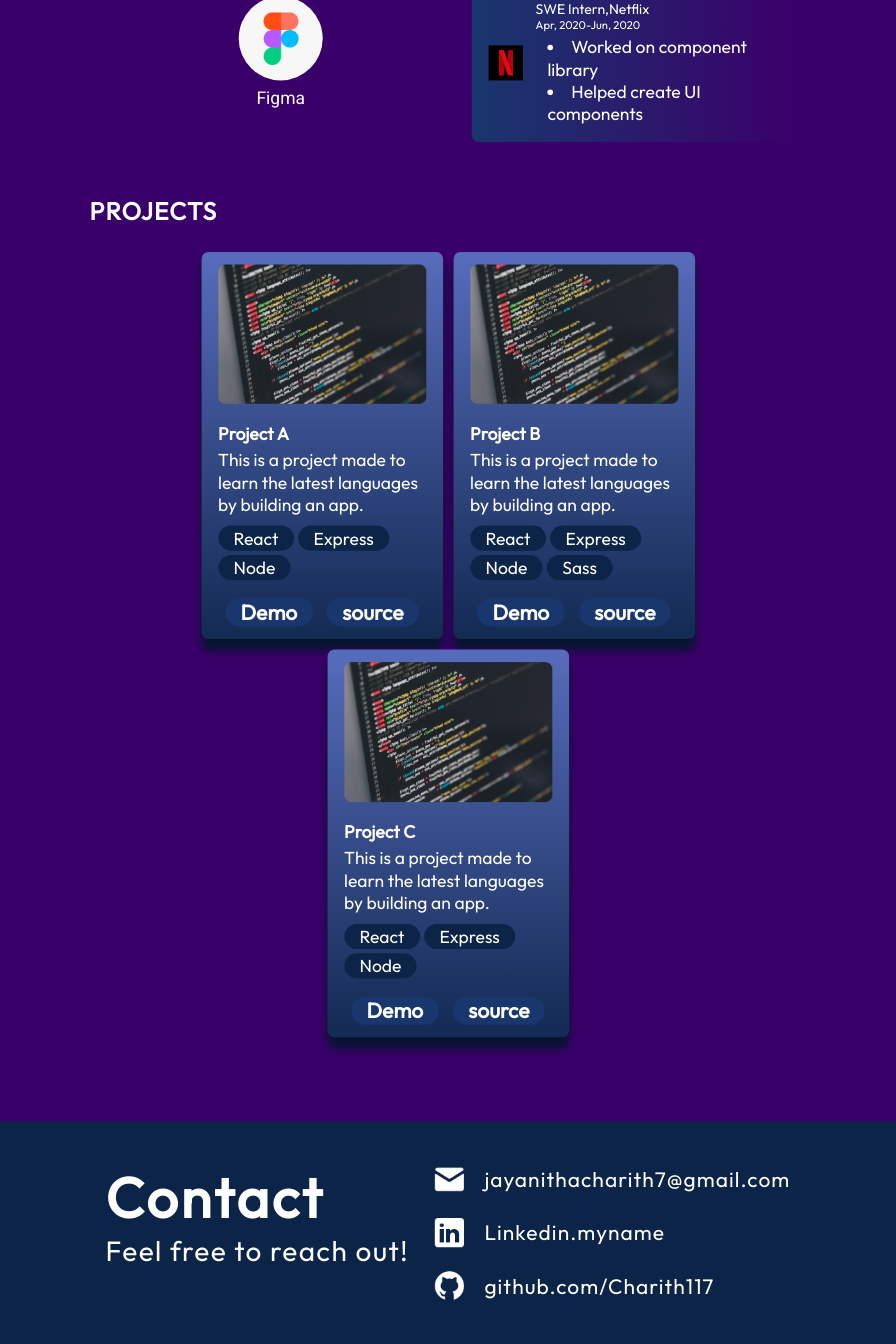
Repository: Charith117/personl-portfolio
Page: /
The author's editor kept a copy of each file at every save. The page is drawn from the files as they stood at one save, then again after the next save.
The browser window is 1280 px wide. The pictures show the part of the page from y = 2137 to 4057 px (the page is 4057 px tall), at 70% of full size.
The project was rebuilt for these pictures with package versions that can differ from the ones it lists, and the page was loaded fresh each time. Also part of the build but not shown: vite.config.js.

Above is the page before, as saved 2024-06-18 11:48:37.

### index.html
<!doctype html>
<html lang="en">
  <head>
    <meta charset="UTF-8" />
    <link rel="icon" type="image/svg+xml" href="/vite.svg" />
    <meta name="viewport" content="width=device-width, initial-scale=1.0" />
    <title>My portfolio</title>
  </head>
  <body>
    <div id="root"></div>
    <script type="module" src="/src/main.jsx"></script>
  </body>
</html>

### src/main.jsx
import React from 'react'
import ReactDOM from 'react-dom/client'
import App from './App.jsx'
import './index.css'
import "@fontsource/outfit"
import "@fontsource/roboto"
ReactDOM.createRoot(document.getElementById('root')).render(
  <React.StrictMode>
    <App />
  </React.StrictMode>,
)

### src/App.jsx
import styles from "./App.module.css"
import About from "./components/About/About"
import { Contacts } from "./components/Contact/Contacts"
import Experience from "./components/Experience/Experience"
import Hero from "./components/Hero/Hero"
import Navbar from "./components/Navbar/Navbar"
import { Projects } from "./components/Projects/Projects"




function App() {


  return (
    <>
      <div className={styles.App}>
        <Navbar />
        <Hero/>
        <About/>
        <Experience/>
        <Projects/>
       <Contacts/>
      </div>
    </>
  )
}

export default App

### src/index.css
*{
  box-sizing: border-box;
  margin: 0;
  padding: 0;
  font-family: "outfit",Arial,Helvetica,sans-serif;
}
html{
  scroll-behavior: smooth;
}

### src/App.module.css
@import "./var.css";

.App{
    background-color:var(--color-bg);
    width: 100%;
    height: 100%;
    overflow: hidden;

}

### src/components/About/About.jsx
import React from 'react'
import styles from "./About.module.css"
import {getImageUrl} from "../../util";

const About = () => {
  return (
    <section className={styles.container}id='about'>
        <h2 className={styles.title}>about</h2>
        <div className={styles.content}>
            <img className={styles.aboutImage} src={getImageUrl("about/aboutImage.png")} alt="mMe sitting with the laptop" />
            <ul className={styles.aboutItems}>
                <li className={styles.aboutItem}>
                    <img src={getImageUrl("about/cursorIcon.png")} alt="cursor icon" />
                    <div className={styles.aboutItemText}>
                        <h3>Frontend Developer</h3>
                        <p>I'm a frontend developer with a passion for building responsive, scalable, and maintainable</p>
                    </div>
                </li>

                <li className={styles.aboutItem} >
                    <img src={getImageUrl("about/serverIcon.png")} alt="cursor icon" />
                    <div className={styles.aboutItemText}>
                        <h3>Backend Developer</h3>
                        <p>I'm a backend developer with a passion for building scalable, secure, and efficient</p>

                    </div>
                </li>

                <li className={styles.aboutItem}>
                    <img src={getImageUrl("about/uiIcon.png")} alt="cursor icon" />
                    <div className={styles.aboutItemText}>
                        <h3>UI/UX Designer</h3>
                        <p>I'm a UI/UX designer with a passion for building intuitive, user-friendly,</p>
                    </div>
                </li>
            </ul>
        </div>
    </section>
  )
}

export default About

### src/components/Contact/Contacts.jsx
import React from 'react'
import {getImageUrl} from "../../util"
import styles from "./Contact.module.css"
export const Contacts = () => {
  return (
    <footer className={styles.container}>
    <div className={styles.text}>
        <h2>Contact</h2>
        <p>Feel free to reach out!</p>
    </div>
    <ul className={styles.links}>
        <li className={styles.link}>
            <img src={getImageUrl("contact/emailIcon.png")} alt="emial icon" />
            <a href="mailto:jayanithacharith7@gmail.com">jayanithacharith7@gmail.com</a>
        </li>
        <li className={styles.link}>
            <img src={getImageUrl("contact/linkedinIcon.png")} alt="linked icon" />
            <a href="https://www.linkedin.com/myname">Linkedin.myname</a>
        </li>
        <li className={styles.link}>
            <img src={getImageUrl("contact/githubIcon.png")} alt="emial icon" />
            <a href="https://github.com/Charith117">github.com/Charith117</a>
        </li>
    </ul>
</footer>
  )
}

### src/components/Experience/Experience.jsx
import React from 'react'
import skills from "../../data/skills.json"
import history from "../../data/history.json"
import styles from "./Experience.module.css"
import { getImageUrl } from '../../util'
const Experience = () => {
  return (

    <section className={styles.container} id='experience'>
        <h2 className={styles.title}>Experience</h2>
        <div className={styles.content}>
            <div className={styles.skills}>
              { skills.map((skill, id)=>{
                    return (
                    <div key={id} className={styles.skill}>
                                <div className={styles.skillImageContainer}><img src={getImageUrl(skill.imageSrc)} alt={skill.title} />

                                </div>
                                <p>{skill.title}</p>
                         </div>

                         );
               })}
            </div>
            <ul className={styles.history}>
                {
                    history.map((historyItem,id)=>{
                        return <li key={id} className={styles.historyItem}>
                                <img src={getImageUrl(historyItem.imageSrc)}
                                alt={`${historyItem.organisation}Logo`} />

                                <div className={styles.historyItemDetails}>
                                    <h3>{`${historyItem.role},${historyItem.organisation}`}</h3>
                                    <p>{`${historyItem.startDate}-${historyItem.endDate}`}</p>
                                    <ul>
                                        {historyItem.experiences.map((experience,id)=>{
                                            return <li key={id}>{experience}</li>
                                        })}
                                    </ul>
                                </div>
                        </li>
                    })
                }
            </ul>
        </div>
    </section>
  )
}

export default Experience

### src/components/Hero/Hero.jsx
import React from 'react'
import styles from "./Hero.module.css";
import {getImageUrl} from"../../util";

const Hero = () => {
  return (
    <section className={styles.container}>
    <div className={styles.content}>
        <h1 className={styles.title}>Hi im Charith</h1>
        <p className={styles.description}>
            Im Full satck developer but im still lerning things so if you need im here
        </p>


     <div class="buttonContainer">
         <a href="mailto:jayanithacharith7@gmail.com" class={styles.contactBtn}>Contact me</a>
          <a href="path/to/your/CV.pdf" download class={styles.downloadBtn}>Download CV</a>
    </div>

    </div>
    <img className={styles.heroImg} src={getImageUrl("hero/heroImage.png")} alt="Her" />
    <div className={styles.topBlur}></div>
    <div className={styles.bottomBlur}></div>
  </section>
  );

};

export default Hero

### src/components/Navbar/Navbar.jsx
import React,{useState} from 'react';
import styles from "./Navbar.module.css";

import{getImageUrl} from "../../util";

const Navbar = () => {

const[menuOpen,setMenuOpen]=useState(false);



  return <nav className={styles.navbar}>
    <a className={styles.title} href="/">Portfolio</a>

    <div className={styles.menu}>
        <img className={styles.menuBtn}
        src={
          menuOpen
          ? getImageUrl("nav/closeIcon.png")
          : getImageUrl("nav/menuIcon.png")
          }
          onClick={()=>setMenuOpen(!menuOpen)}

          />
        <ul
        className={`${styles.menuitems} ${menuOpen && styles.menuOpen}`}
          onclick={()=>setMenuOpen(false)}
        >
                 <li>
                      <a href="#about">About</a>
                </li>
                 <li>
                      <a href="#experience">Experience</a>
                </li>
                <li>
                      <a href="#projects">Projects</a>
                </li>
                 <li>
                     <a href="#about">About</a>
                </li>
        </ul>
    </div>
  </nav>
}

export default Navbar

### src/components/Projects/Projects.jsx
import React from 'react'
import styles from "./Projects.module.css"
import Project from "../../data/project.json"
import {ProjectCard} from "./ProjectCard"


export const Projects = () => {
  return (
    <section className={styles.container} id='projects'>
        <h2 className={styles.title}>Projects</h2>
        <div className={styles.projects}>
          {Project.map((project,id)=>{
            return <ProjectCard key={id} project={project}/>;
          })}
        </div>
    </section>
  )
}

### src/var.css
:root{
    /* colors */
    --color-text:#fff;
    --color-primary:#19376d;
    --color-secondary:#f7f7f7;
    --color-dark:#0b2447;
    --color-bg:#3a006a;


    /* fonts */
    --font-roboto:"Roboto";

}

### src/components/About/About.module.css
@import "../../var.css";


.container{
    position:relative;
    background-color: rgba(12, 12, 12,0.6);
    border-radius: 15px;
    padding: 73px;
    margin-top: 129px;
    z-index: 1;
    margin-left: 10%;
    margin-right: 10%;
}

.title{
    color: var(--color-text);
    font-size: 35px;
    font-weight: 700;
    letter-spacing: 1.75px;
    text-transform: uppercase;
}

.content{
    display: flex;
    flex-direction: row;
    align-items: center;
}
.aboutImage{
    width: 25%;
}

.aboutItems{
    color:var(--color-text);
    display: flex;
    flex-direction:  column;
    gap: 50px;

}

.aboutItem{
    display:flex;
    flex-direction: row;
    align-items: center;
    border-radius:20px;
    list-style: none;
    padding: 25px;
    background-image: linear-gradient(90deg,
    rgba(165,215,232,0.42)0%,
    rgba(225,225,225,0)100%

    );

    background-size: 0 100%;
    background-repeat: no-repeat;
    transition:0.4s;

}

.aboutItem:hover{
background-size:100% 100%;

}

.about{
    font-size: 25px;
    font-weight: 600;
}

.aboutItem p{
    font-size: 25px;

}

@media screen and (max-width :830px){
  .container{
    background-color:transparent;
    padding-left: 0;
    padding-right: 0;

  }

  .content{
    font-display: column;

  }
  .aboutImage{
    display: none;
  }
  .aboutItems{
    margin-top: 29px;
  }
  .aboutItem{
    padding-left: 0;
  }

}

### src/util.js
export const getImageUrl=(path)=>{
    return new URL(`/assets/${path}`,import.meta.url).href;
}

### src/components/Contact/Contact.module.css
@import "../../var.css";


.container{
    color: var(--color-text);
    margin-top: 120px;
    background-color: var(--color-dark);
    display: flex;
    flex-direction: row;
    justify-content: space-evenly;
    width: 100vw;
    padding: 58px 10%;
    gap: 10px;


}

.text h2{
    font-size: 80px;
    font-weight: 700;
    letter-spacing: 4px;
}

.text p{
    font-size: 40px;
    font-weight: 400;
    letter-spacing: 2px;
}


.links{
    display: flex;
    flex-direction: column;
    align-items: flex-start;
    list-style: none;
    gap: 26px;
}
.link{
    display: flex;
    align-items: center;
    gap: 25px;
}
.link a{
    color:var(--color-text);
    text-decoration: none ;
    font-size: 30px;
    font-weight: 400;
    letter-spacing: 1.5px;
}

/* @media screen and(max-width:830px){
    .container{
            flex-direction: column;
            gap: 23px;

        }

    .text{
        display: flex;
        flex-direction: column;
        align-items: center;
        font-size: 30px;

    }

    .links{
        align-items: center;
    }



    } */

### src/components/Experience/Experience.module.css
@import "../../var.css";


.container{
    color:var(--color-text);
    margin-top: 79px;
    margin-left: 10%;
    margin-right: 10%;
}

.title{
    color:var(--color-text);
    font-size: 35px;
    font-weight: 700;
    letter-spacing: 1.75px;
    text-transform: uppercase;
}

.content{
    display: flex;
    flex-direction:row ;
    justify-content: space-evenly;
    margin-top: 14px;
}
.skills{
    width: 50%;
    display: flex;
    flex-wrap:wrap;
    gap:37px;
    justify-content: center;


}

.skill{
     display: flex;
     flex-direction: column;
     align-items: center;
     gap: 11px;
}

.skillImageContainer{
    background-color:var(--color-secondary) ;
    border-radius: 100%;
    display: flex;
    align-items: center;
    justify-content: center;
    width: 120px;
    height: 120px;
}

.skillImageContainer img{

width: 75px;

}
.skill p{
    font-size: 25px;
    font-family:var(--font-roboto);
    font-weight: 500;
}

.history{
    width: 45%;
    display: flex;
    flex-direction: column;
    gap: 40px;
}

.historyItem{
    display:flex;
    flex-direction: row;
    align-items:center;
    gap:17px;
    background: #19376d;
    background: linear-gradient(90deg,#19376d 0%,rgba(25,55,100,0)100%);
    border-radius: 10px;
    padding: 24px;
}
.history img{
    width: 50px;

}

.historyItemDetails{
    font-family:var(--font-roboto);
}
.historyItemDetails h3{
    font-size: 30px;
    font-weight: 500;
}
.historyItemDetails h3{
    font-size: 20px;
    font-weight: 300;
}
.historyItemDetails ul{
    margin-top: 6px;
    list-style-position: inside;
    font-size: 25px;
    list-style-type: disc;
    margin-left: 17px;

}

@media screen and (max-width:830px){

    .content{

     flex-direction:column;
     align-items:center;
     gap: 34px;
    }


    .skills{
        width: 100px;
        flex-direction: row;
        justify-content: center;


    }
    .history{
        width: 100%;
        gap: 9px;

    }
    .title{
        text-align: center;
    }
}

### src/components/Hero/Hero.module.css
@import "../../var.css";

.container{

    position: relative;
    display: flex;
    align-items: center;
    justify-content: space-between;
    margin-top:49px;
    z-index: 1;
    margin-left: 10%;
    margin-right: 10%;


}

.content{
    display: flex;
    flex-direction: column;
    align-items:flex-start;
    color:var(--color-text);
    z-index: 1;
}
.title{
    font-size: 72px;
    font-weight: 900;
    margin-bottom: 33px;
    font-family: var(--font-roboto);
    background :linear-gradient(90deg,rgba(255,255,255,1)70%,
    rgba(255,255,255,0)120%);

}
.description{
    font-size: 25px;
    font-family: var(--font-roboto);
    margin-bottom: 20px;

}
.contactBtn, .downloadBtn {
    text-decoration: none;
    background-color: var(--color-primary);
    color: var(--color-text);
    border-radius: 100px;
    font-size: 25px;
    font-weight: 600;
    padding: 15px 22px;
    box-shadow: 0 0 4px 0 rgba(0, 0, 0, 0.25);
    display: inline-block; /* Ensure it behaves like a button */
    margin: 0 10px;

}

.downloadBtn:hover{
    color:rgb(53, 52, 53);
    background-color:blanchedalmond;
}
.contactBtn:hover{
    color:rgb(53, 52, 53);
    background-color:blanchedalmond;
}



.buttonContainer{
    display: flex;

    align-items: center;
}
.heroImg{
    width: 50%;
    z-index: 1;


    animation: floating 3s ease-in-out infinite;
}

@keyframes floating{
    0%{
        transform: translate(0,0px);
    }
    50%{
        transform: translate(0,10px);
    }

    100%{
        transform: translate(0,-0px);
    }


}
.topBlur{
    position: absolute;
    width: 50vw;
    height: 50vw;
    min-width: 350px;
    min-height: 350px;
    top: -120px;
    left: 25vw;
    background-repeat: 500px;
    background:rgba(25, 55, 109, 0.7);
    filter:blur(100px);
    z-index: 0;

}
/* .bottomBlur{
    position: absolute;
    width: 70vw;
    height: 50vw;
    min-width: 350px;
    min-height: 250px;
    top: 264px;
    left: -25vw;
    background-repeat: 764px;
    background:rgba(25, 55, 109, 0.7);
    filter:blur(100px);
    z-index: 0;
    overflow: hidden;

} */

@media screen and (max-width:830px) {
    .container{
        flex-direction:column-reverse;
    }
    .content{
        align-items:center;
    }
    .title{
        font-size: 50px;
        font-weight: 900;
        margin-bottom: 33px;
        font-family: var(--font-roboto);
        background :linear-gradient(90deg,rgba(255,255,255,1)70%,
        rgba(255,255,255,0)120%);

        -webkit-text-fill-color:transparent;
        -webkit-background-clip: text ;
    }

    .contactBtn, .downloadBtn {
        text-decoration: none;
        background-color: var(--color-primary);
        color: var(--color-text);
        border-radius: 100px;
        font-size: 18px;
        font-weight: 600;
        padding: 12px 20px;
        box-shadow: 0 0 4px 0 rgba(0, 0, 0, 0.25);
        display: inline-block; /* Ensure it behaves like a button */
        margin: 0 5px;
        margin-top: 5px;
    }
}

### src/components/Navbar/Navbar.module.css
@import "../../var.css";

.navbar{

    position: relative;
    display: flex;
    align-items: center;
    justify-content: space-between;
    padding-top: 61px;
    z-index: 2;
    margin: 0 10%;
}
.title{
    font-size:30px;
    font-weight: 600;
    text-decoration: none;
    color:var(--color-text);

}
.menu{
    display: flex;

}
.menuitems{
    display:flex;
    gap: 47px;
    list-style: none;
}
.menuitems a{
    font-size: 25px;
    text-decoration: none;
    color:var(--color-text);
}
.menuBtn{
    display: none;


}


@media screen and (max-width: 830px){
    .navbar{
        flex-direction: column;
        align-items:flex-start;
    }

    .menu{
        position: absolute;
        right: 0;
        margin-right: 10%;
        flex-direction: column;
        align-items:flex-end;
        gap: 11px;
        z-index: 3;
    }
    .menuBtn{
        display: block;
        cursor: pointer;

    }
    .menuitems{
        display: none;
        flex-direction: column;
        align-items: center;
        gap: 13px;
        border-radius:10px;
        padding: 5px;
        background:rgb(25,55,109);




    }
    .menuOpen{
        display: flex;
        z-index: 1;
    }
}

### src/components/Projects/Projects.module.css
@import "../../var.css";


.container{
    margin-top: 76px;
    color: var(--color-text);
    margin-left: 10%;
    margin-right: 10%;
}
.title{
    font-size: 35px;
    font-weight: 700;
    letter-spacing: 1.75px;
    text-transform: uppercase;
}

.projects{
    margin-top: 37px;
    display: flex;
    flex-direction: row;
    flex-wrap: wrap;
    align-items: center;
    justify-content:center;
    gap: 15px;
    width: 100%;

}

### src/components/Projects/ProjectCard.jsx
import React from 'react'
import styles from "./ProjectCard.module.css"
import {getImageUrl} from "../../util"

export const ProjectCard = ({project:{title,imageSrc,description,demo,source,skills}}) => {
  return (
    <div className={styles.container} id='project'>
          <img
          className={styles.image}
          src={getImageUrl(imageSrc)}
          alt={`image of${title}`}/>

          <h3 className={styles.title}>{title}</h3>
          <p className={styles.description}>{description}</p>

          <ul className={styles.skills}>
            {skills.map((skill,id)=>{
             return <li  key={id} className={styles.skill}>{skill}</li>
            })}
          </ul>

          <div className={styles.links}>
            <a href={demo}className={styles.link}>Demo</a>
            <a href={source}className={styles.link}>source

            </a>
          </div>
  </div>
   );
};

### src/components/Projects/ProjectCard.module.css
@import "../../var.css";


.container{
    display: flex;
    flex-direction: column;
    border-radius:10px;
    background: linear-gradient(180deg,#576cbc 0%,#132a53 100%);
    box-shadow: 0 16px 14px 0 #04152d;
    padding: 18px 24px;
    max-width: 345px;


}
.image{
    margin-bottom: 26px;

}
.title{
    font-size: 25px;
    font-weight: 700;
}

.description{
    margin-top: 6px;
    font-size: 25px;
    font-weight: 400;
}
.skills{
    width: 100%;
    margin-top: 14px;
    display: flex;
    font-display: row;
    flex-wrap: wrap;
    gap: 6px;
    list-style: none;
}

.skill{
    font-size: 25px;
    font-weight: 400;
    border-radius:100px;
    background:var(--color-dark);
    padding: 2px 22px;


}
.links{
    width: 100%;
    margin-top: 26px;
    display: flex;
    justify-content: space-around;

}

.link{
    text-decoration: none;
    color:var(--color-text);
    font-size: 30px;
    font-weight: 600;
    border-radius:100px;
    background:var(--color-primary);
    padding: 1px 22px;

}

Loaded but not shown: src/data/skills.json (common file); src/data/history.json (common file); src/data/project.json (common file)

After the next save:
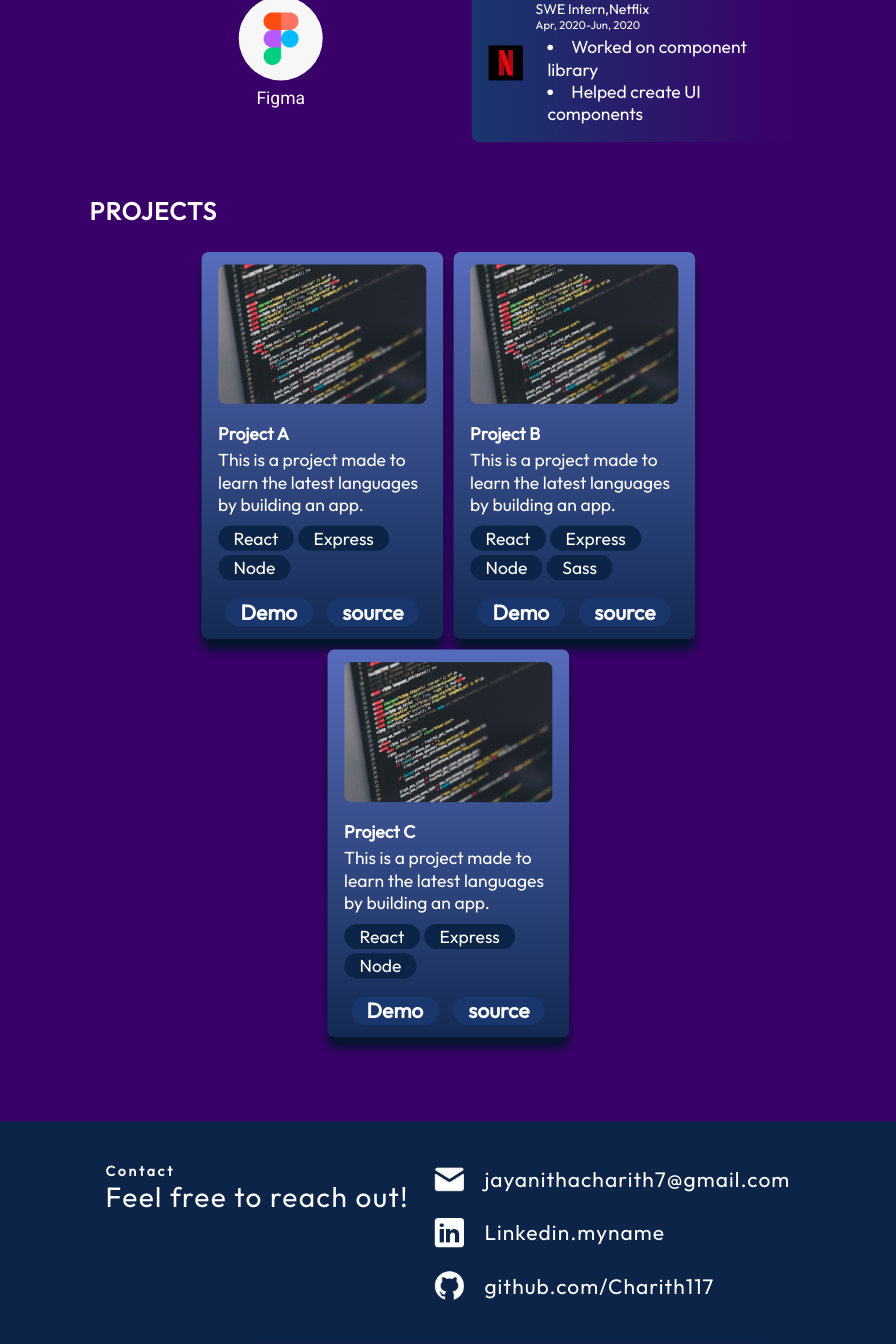
Saved 25 s later.
--- a/src/components/Contact/Contact.module.css
+++ b/src/components/Contact/Contact.module.css
@@ -16,7 +16,7 @@
 }
 
 .text h2{
-    font-size: 80px;
+    font-size: 20px;
     font-weight: 700;
     letter-spacing: 4px;
 }
